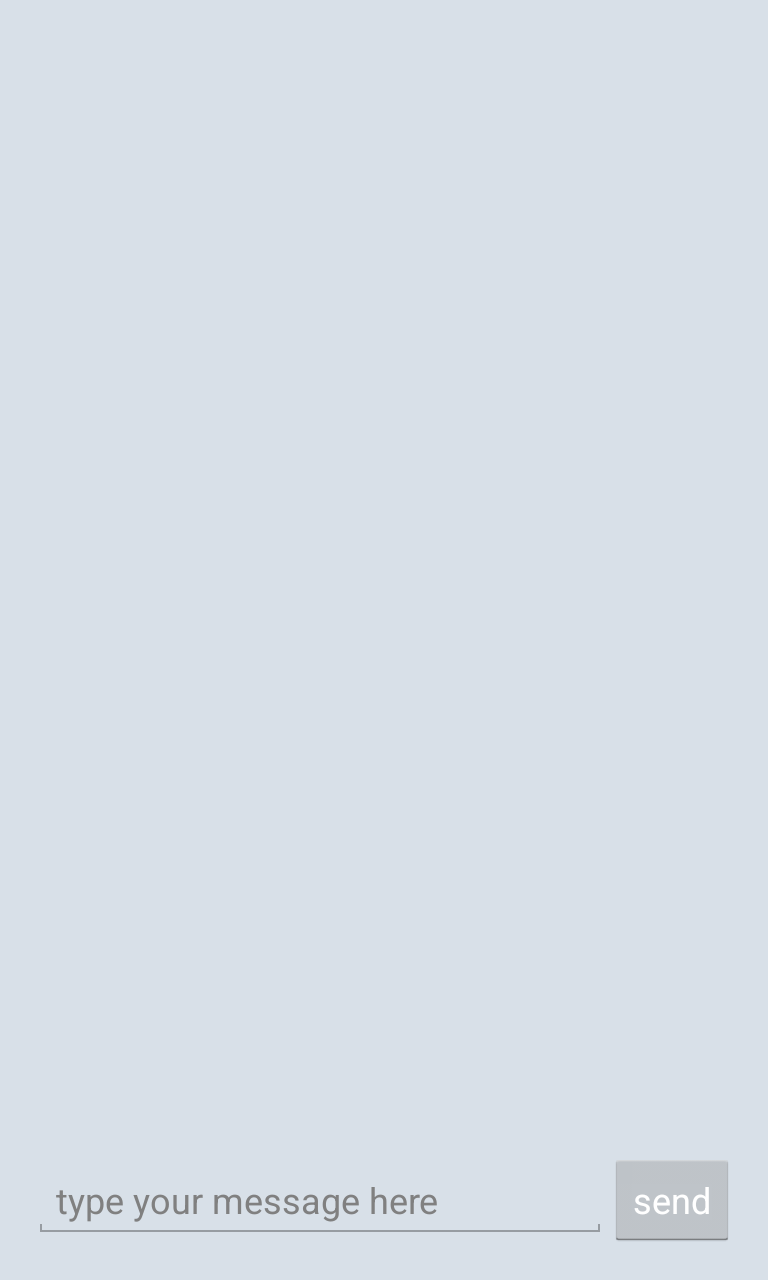
Repository: liujianpc/AndroidStudy
Layout: NinePatchTest/res/layout/activity_main.xml
The author's editor kept a copy of each file at every save. The layout is drawn from the files as they stood at one save, then again after the next save.
It is drawn on a 768 x 1280 px phone screen (xhdpi) without system bars, with theme AppTheme; the app's code is not run. Lists and similar views that code fills are empty.

Above is the layout before, as saved 2016-07-25 09:06:18.

### NinePatchTest/res/layout/activity_main.xml
<LinearLayout xmlns:android="http://schemas.android.com/apk/res/android"
    xmlns:tools="http://schemas.android.com/tools"
    android:layout_width="match_parent"
    android:layout_height="match_parent"
    android:background="#d8e0e8"
    android:orientation="vertical"
    android:paddingBottom="@dimen/activity_vertical_margin"
    android:paddingLeft="@dimen/activity_horizontal_margin"
    android:paddingRight="@dimen/activity_horizontal_margin"
    android:paddingTop="@dimen/activity_vertical_margin"
    tools:context="com.example.ninepatchtest.MainActivity" >

    <ListView
        android:id="@+id/message_listView"
        android:layout_width="match_parent"
        android:layout_height="0dp"
        android:layout_weight="1"
        android:divider="#000" >
    </ListView>

    <LinearLayout
        android:layout_width="match_parent"
        android:layout_height="wrap_content" >

        <EditText
            android:id="@+id/message_edit"
            android:layout_width="0dp"
            android:layout_height="wrap_content"
            android:layout_weight="1"
            android:hint="type your message here"
            android:maxLines="2" />

        <Button
            android:id="@+id/send_button"
            android:layout_width="wrap_content"
            android:layout_height="wrap_content"
            android:text="send"
            android:textColor="#fff" />
    </LinearLayout>

</LinearLayout>

Loaded but not shown: NinePatchTest/res/values/styles.xml (common file); NinePatchTest/res/values-v11/styles.xml (common file); NinePatchTest/res/values-v14/styles.xml (common file); NinePatchTest/res/values/dimens.xml (common file); NinePatchTest/res/values-w820dp/dimens.xml (common file)

After the next save:
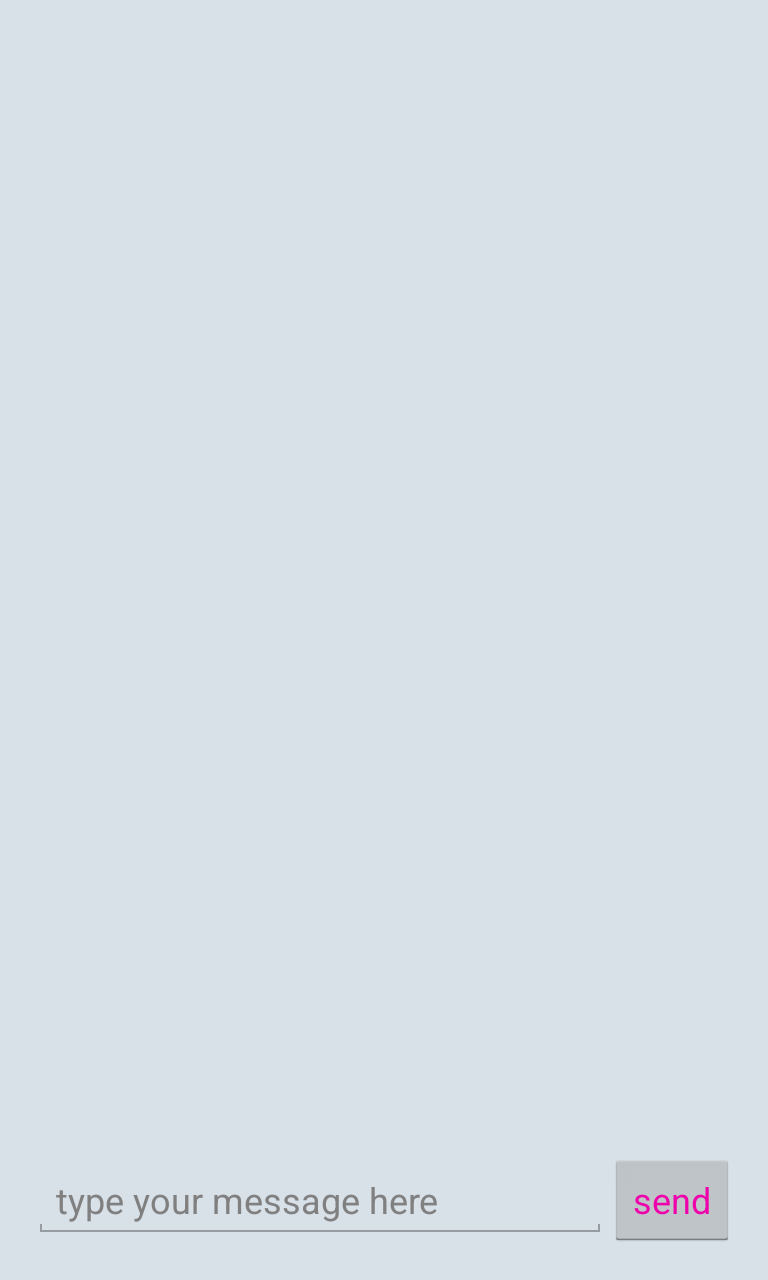
Saved 2 h 29 min later.
--- a/NinePatchTest/res/layout/activity_main.xml
+++ b/NinePatchTest/res/layout/activity_main.xml
@@ -35,7 +35,7 @@
             android:layout_width="wrap_content"
             android:layout_height="wrap_content"
             android:text="send"
-            android:textColor="#fff" />
+            android:textColor="#ee00aa" />
     </LinearLayout>
 
 </LinearLayout>
